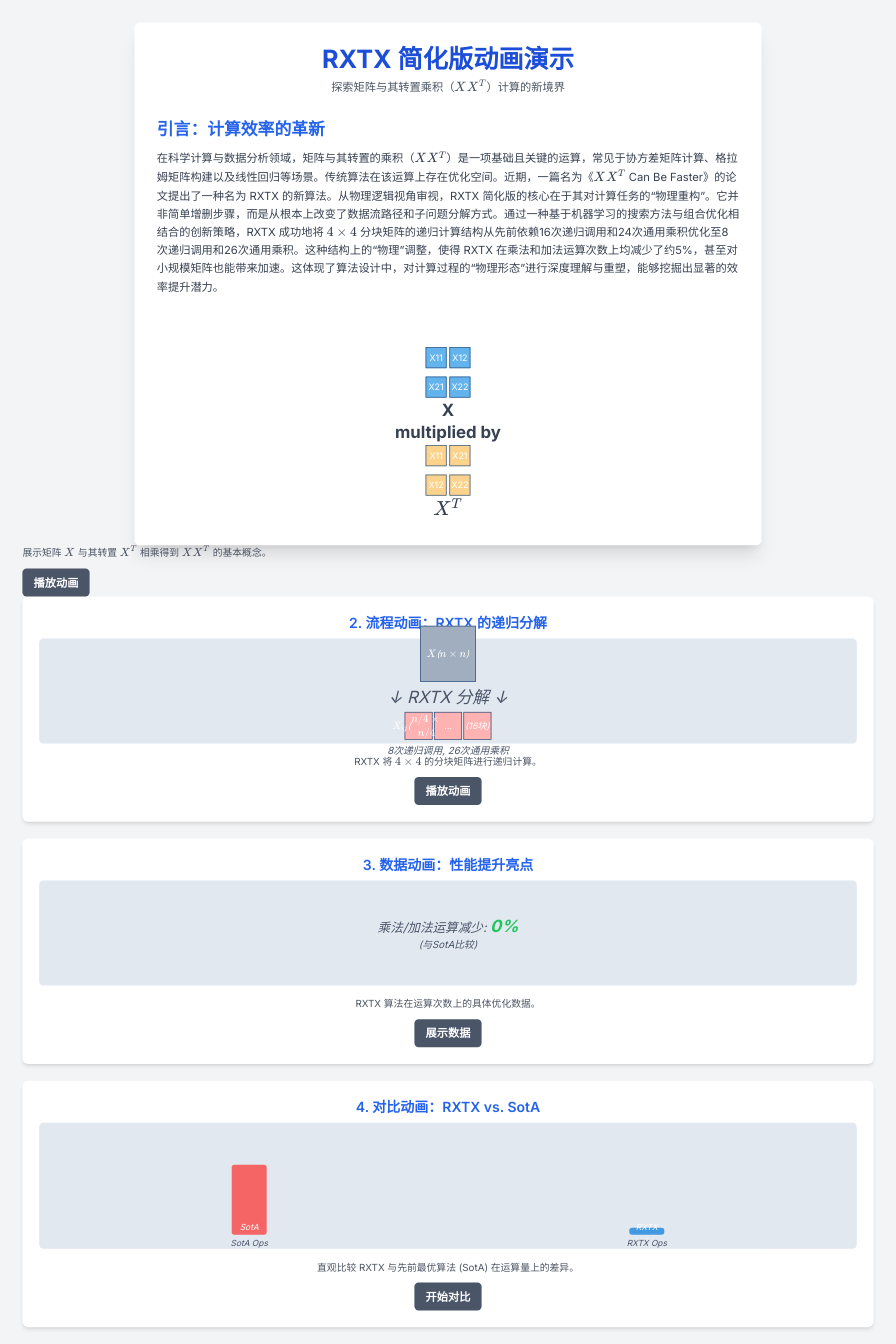
Repository: james130012/newcline
Page: useful/新矩阵乘法.html
The author's editor kept a copy of each file at every save. The page is drawn from the files as they stood at one save, then again after the next save.
The browser window is 1280 px wide. The pictures show the part of the page from y = 0 to 1920 px (the page is 4511 px tall before and 720 px after), at 70% of full size.
Some web libraries are served in a nearby version.

Above is the page before, as saved 2025-05-17 13:01:19.

After the next save:
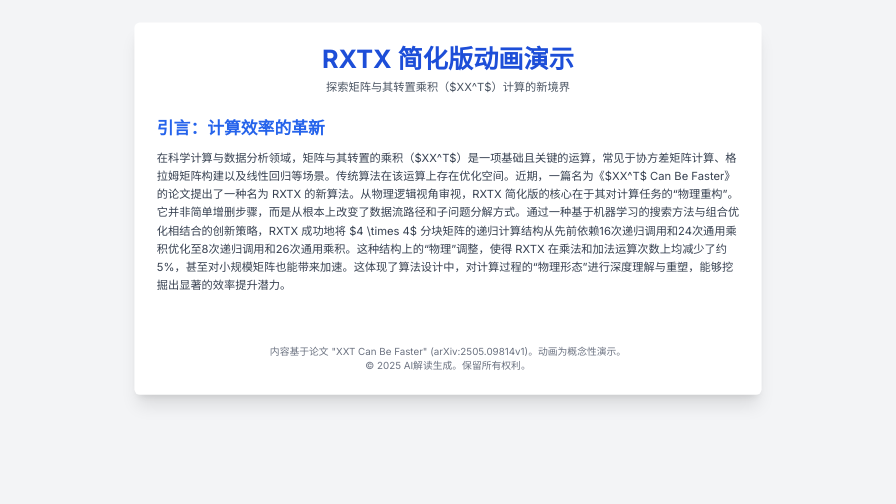
Console error: SyntaxError: Unexpected token '<'
Saved 5 s later.
--- a/useful/新矩阵乘法.html
+++ b/useful/新矩阵乘法.html
@@ -118,27 +118,27 @@
         </div>
 
         <footer class="mt-12 text-center text-sm text-gray-500">
-                    <div class="flex flex-col items-center">
-                        <div class="flex mb-2">
-                            <div class="matrix-block" id="x11">X11</div><div class="matrix-block" id="x12">X12</div>
-                        </div>
-                        <div class="flex">
-                             <div class="matrix-block" id="x21">X21</div><div class="matrix-block" id="x22">X22</div>
-                        </div>
-                        <span class="text-2xl mx-2 font-bold text-gray-700">X</span>
-                        <span class="text-2xl mx-2 font-bold text-gray-700"> multiplied by </span>
-                        <div class="flex mb-2">
-                            <div class="matrix-block" id="xt11" style="background-color: #fbd38d;">X11</div><div class="matrix-block" id="xt12" style="background-color: #fbd38d;">X21</div>
-                        </div>
-                         <div class="flex">
-                            <div class="matrix-block" id="xt21" style="background-color: #fbd38d;">X12</div><div class="matrix-block" id="xt22" style="background-color: #fbd38d;">X22</div>
-                        </div>
-                        <span class="text-2xl mx-2 font-bold text-gray-700">$X^T$</span>
-                    </div>
-                </div>
-                <p class="text-sm text-gray-600 mb-3">展示矩阵 $X$ 与其转置 $X^T$ 相乘得到 $XX^T$ 的基本概念。</p>
-                <button class="play-button" onclick="playAnim1()">播放动画</button>
-            </div>
+            <p>内容基于论文 "XXT Can Be Faster" (arXiv:2505.09814v1)。动画为概念性演示。</p>
+            <p>&copy; 2025 AI解读生成。保留所有权利。</p>
+        </footer>
+    </div>
+
+    <script>
+        // KaTeX 渲染
+        document.addEventListener("DOMContentLoaded", function() {
+            renderMathInElement(document.body, {
+                delimiters: [
+                    {left: "$$", right: "$$", display: true},
+                    {left: "$", right: "$", display: false},
+                    {left: "\\(", right: "\\)", display: false},
+                    {left: "\\[", right: "\\]", display: true}
+                ]
+            });
+        });
+
+        // 动画函数保持不变
+        function playAnim1() {
+            const placeholder = document.getElementById('anim1-placeholder');
 
             <div class="animation-container">
                 <h3 class="text-xl font-semibold mb-2 text-blue-600">2. 流程动画：RXTX 的递归分解</h3>
